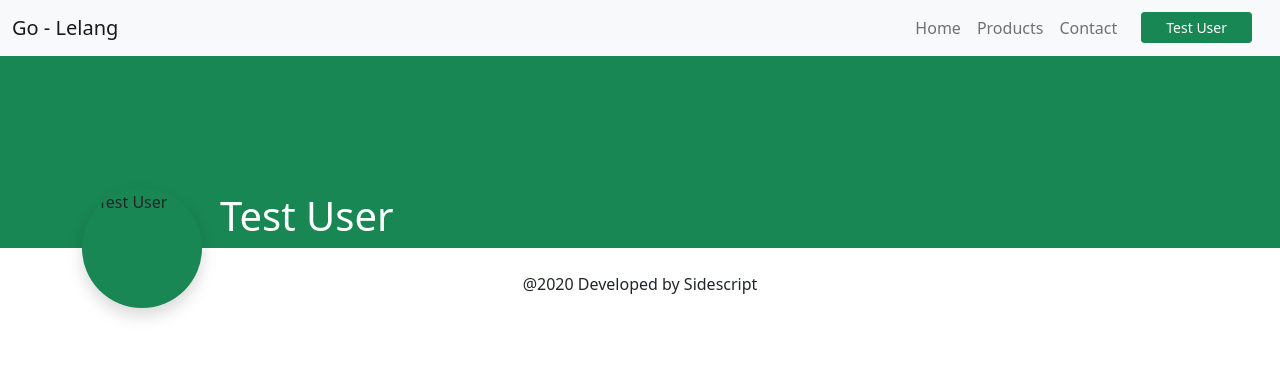
Repository: khulqu15/Go---Lelalng
Page: http://localhost/profile
These files come from the project's save history. The page is drawn as it stood at one moment and after the next save; the edit follows.
The browser window is 1280 px wide. The pictures show the whole page.
The page is served by the project's Laravel application, run on PHP 8.4 with Laravel 8. A made-up administrator, Test User (test@example.com), is signed in. Other server files are loaded and not shown.

Above is the page before, as saved 2021-02-22 20:23:07.

### routes/web.php
<?php

use App\Http\Controllers\DashboardController;
use App\Http\Controllers\PageController;
use App\Http\Controllers\UserController;
use Illuminate\Support\Facades\Route;

/*
|--------------------------------------------------------------------------
| Web Routes
|--------------------------------------------------------------------------
|
| Here is where you can register web routes for your application. These
| routes are loaded by the RouteServiceProvider within a group which
| contains the "web" middleware group. Now create something great!
|
*/

Route::get('/', [PageController::class, 'home'])->name('home');
Route::get('products', [PageController::class, 'products'])->name('products');
Route::get('product/{id}', [PageController::class, 'product'])->name('product');
Route::get('contact', [PageController::class, 'contact'])->name('contact');
Route::get('login', [PageController::class, 'login'])->name('login');
Route::get('register', [PageController::class, 'register'])->name('register');
Route::post('contact', [UserController::class, 'contactUs'])->name('contact.us');
Route::post('register', [UserController::class, 'register'])->name('register.post');
Route::post('login', [UserController::class, 'login'])->name('login.post');

Route::get('profile', [PageController::class, 'profile'])->name('profile');

Route::group(['middleware' => ['userDashboard']], function() {
    Route::get('dashboard', [DashboardController::class, 'index'])->name('dashboard');
    Route::get('dashboard/product', [DashboardController::class, 'product'])->name('dashboard.product');
    Route::get('dashboard/user', [DashboardController::class, 'user'])->name('dashboard.user');
    Route::get('dashboard/auction', [DashboardController::class, 'auction'])->name('dashboard.auction');
});

### app/Models/User.php
<?php

namespace App\Models;

use Illuminate\Contracts\Auth\MustVerifyEmail;
use Illuminate\Database\Eloquent\Factories\HasFactory;
use Illuminate\Foundation\Auth\User as Authenticatable;
use Illuminate\Notifications\Notifiable;
use Illuminate\Support\Facades\Hash;

class User extends Authenticatable
{
    use HasFactory, Notifiable;

    /**
     * The attributes that are mass assignable.
     *
     * @var array
     */
    protected $fillable = [
        'name',
        'email',
        'password',
    ];

    /**
     * The attributes that should be hidden for arrays.
     *
     * @var array
     */
    protected $hidden = [
        'password',
        'remember_token',
    ];

    /**
     * The attributes that should be cast to native types.
     *
     * @var array
     */
    protected $casts = [
        'email_verified_at' => 'datetime',
    ];

    public function Like()
    {
        return $this->hasMany(Like::class, 'user_id');
    }

    public function Auction()
    {
        return $this->hasMany(Auction::class, 'user_id');
    }

    public function isAdmin()
    {
        if($this->level == 'client') {
            return false;
        } else {
            return true;
        }
    }

    public function setPasswordAttribute($value)
    {
        $this->attributes['password'] = Hash::make($value);
    }
}

### app/Http/Controllers/PageController.php
<?php

namespace App\Http\Controllers;

use App\Models\Category;
use App\Models\Product;
use Illuminate\Http\Request;
use Illuminate\Support\Facades\Auth;

class PageController extends Controller
{
    public function home(Request $request)
    {
        $categories = Category::orderBy('id', 'DESC')->paginate(4);
        $query = Product::query();
        if($request->get('name')) {
            $products = $query->where('name', 'LIKE', '%'.$request->get('name').'%');
        }
        if($request->get('category')) {
            $products = $query->where('category_id', $request->get('category'));
        }
        $products = $query->with('Category')->orderBy('id', 'DESC')->paginate(3);
        return view('welcome', compact('products', 'categories'));
    }

    public function products(Request $request)
    {
        $categories = Category::orderBy('id', 'DESC')->paginate(4);
        $query = Product::query();
        if($request->get('name')) {
            $products = $query->where('name', 'LIKE', '%'.$request->get('name').'%');
        }
        if($request->get('category')) {
            $products = $query->where('category_id', $request->get('category'));
        }
        $products = $query->paginate(3);
        return view('page.products', compact('products', 'categories'));
    }

    public function product($id)
    {
        $product = Product::find($id);
        return view('page.product', compact('product'));
    }

    public function contact()
    {
        return view('page.contact');
    }

    public function login()
    {
        return view('auth.login');
    }

    public function register()
    {
        return view('auth.register');
    }

    public function profile()
    {
        if(Auth::check()) {
            return view('page.profile');
        }
        return redirect()->route('login')->with('error', 'Anda belum login');
    }
}

### resources/views/page/profile.blade.php
@extends('layout.app')

@section('title', Auth::user()->name)

@section('content')
<div class="container-fluid bg-success position-relative pt-5">
    <div class="container position-relative pb-5">
        <div class="row py-5">
            <div class="col-md-12">
                <div class="avatar-profile position-absolute shadow" style="bottom: -60px; width: 120px; height: 120px; border-radius: 120px;">
                    <img src="{{ asset('img/user/'.Auth::user()->avatar) }}" alt="{{ Auth::user()->name }}" class="image-fit-card">
                </div>
                <h1 class="text-white position-absolute" style="bottom: 0px; left: 150px">{{ Auth::user()->name }}</h1>
            </div>
        </div>
    </div>
</div>
@endsection

### resources/views/layout/app.blade.php
<!DOCTYPE html>
<html lang="en">
<head>
    <meta charset="UTF-8">
    <meta name="viewport" content="width=device-width, initial-scale=1.0">
    <meta http-equiv="X-UA-Compatible" content="ie=edge">
    <title>GO - Lelang | @yield('title')</title>

    <script src="{{ mix('css/app.css') }}"></script>
    <link rel="stylesheet" href="{{ asset('css/bootstrap.min.css') }}">
    <link rel="stylesheet" href="{{ asset('css/all.min.css') }}">
    <link rel="stylesheet" href="{{ asset('css/fontawesome.min.css') }}">
    <link rel="stylesheet" href="{{ asset('css/style.css') }}">

    <script src="{{ mix('js/app.js') }}"></script>
    <script src="{{ asset('js/jquery-3.5.1.min.js') }}"></script>
    <script src="{{ asset('js/bootstrap.min.js') }}"></script>
    <script src="{{ asset('js/all.min.js') }}"></script>
    <script src="{{ asset('js/fontawesome.min.js') }}"></script>

</head>
<body>

    @if(\Session::has('success'))
    <div role="alert" class="alert alert-success alert-dismissible show position-fixed alert-respond fade">
        <ul class="mb-0 pb-0">
            <li>{{ \Session::get('success') }}</li>
        </ul>
        <button type="button" class="btn-close" data-bs-dismiss="alert" aria-label="Close"></button>
    </div>
    @endif
    @if(\Session::has('error'))
    <div role="alert" class="alert alert-danger alert-dismissible show position-fixed alert-respond fade">
        <ul class="mb-0 pb-0">
            <li>{{ \Session::get('error') }}</li>
        </ul>
        <button type="button" class="btn-close" data-bs-dismiss="alert" aria-label="Close"></button>
    </div>
    @endif

    <nav class="navbar navbar-expand-lg navbar-light bg-light">
        <div class="container-fluid">
            <a class="navbar-brand" href="{{ route('home') }}">Go - Lelang</a>
            <button class="navbar-toggler" type="button" data-bs-toggle="collapse" data-bs-target="#navbarSupportedContent" aria-controls="navbarSupportedContent" aria-expanded="false" aria-label="Toggle navigation">
                <span class="navbar-toggler-icon"></span>
            </button>
            <div class="collapse navbar-collapse" id="navbarSupportedContent">
                <ul class="navbar-nav ms-auto mb-2 mb-lg-0">
                    <li class="nav-item">
                        <a class="nav-link {{ Request::is('home') ? 'active' : '' }}" aria-current="page" href="{{ route('home') }}">Home</a>
                    </li>
                    <li class="nav-item">
                        <a class="nav-link {{ Request::is('products') ? 'active' : '' }}"" href="{{ route('products') }}">Products</a>
                    </li>
                    <li class="nav-item">
                        <a class="nav-link {{ Request::is('contact') ? 'active' : '' }}"" href="{{ route('contact') }}">Contact</a>
                    </li>
                    <li class="nav-item pt-1 px-3">
                        @if (Auth::check())
                            <button onclick="window.location = '{{ route('profile') }}'" class="btn btn-success btn-sm px-4">{{ Auth::user()->name }}</button>
                        @else
                            <button class="btn btn-success btn-sm px-4" onclick="window.location = '{{ route('login') }}'">Login</button>
                            <button class="btn btn-light btn-sm px-2" onclick="window.location = '{{ route('register') }}'">Register</button>
                        @endif
                    </li>
                </ul>
            </div>
        </div>
    </nav>

    @yield('content')

    <footer class="container-fluid py-4">
        <div class="row">
            <div class="col-md-12 text-center">
                <p class="mb-0">@2020 Developed by Sidescript</p>
            </div>
        </div>
    </footer>
</body>
</html>

### public/css/style.css
body {
    overflow-x: hidden !important;
}
.viga {
    font-family: 'Viga', sans-serif;
}
.bgm-primary {
    background-color: #198754 !important;
}
.bgm-primary-light {
    background-color: #FFCECE !important;
}
.btnm-primary {
    border: none;
    border-radius: 0px !important;
    transition: all .3s ease-in-out;
    background-color: #198754 !important;
    padding: 1rem 2rem;
    color: white;
}
.shadow-smooth {
    box-shadow: 10px 20px 49px -8px rgba(0, 0, 0, 0.08) !important;
}
.page-item.active .page-link {
    background-color: #198754 !important;
    border-color: #198754 !important;
    color: white !important;
}
.page-link {
    color: #198754 !important;
}
.text-right {
    text-align: right !important;
}
.text-left {
    text-align: left !important;
}
.text-sm {
    font-size: .8rem;
}
.text-center {
    text-align: center !important;
}
.cursor-point {
    cursor: pointer;
}
.btnm-primary:hover {
    color: white !important;
    background-color: #c01c1c !important;
}
.btnm-light {
    border: none;
    border-radius: 0px !important;
    transition: all .3s ease-in-out;
    background-color: #f2f2f2 !important;
    padding: 1rem 2rem;
    color: #292929;
}
.btnm-light:hover {
    color: #292929 !important;
    background-color: #c2c2c2 !important;
}
.textm-primary {
    color: #198754 !important;
}
.textm-gray {
    color: gray !important;
}

.input-search-home {
    width: 80%;
    position: absolute;
    left: 10%;
    height: 60px;
    box-shadow: 0px 20px 40px -6px rgba(0, 0, 0, 0.12);
    top: -50px;
    background-color: white;
}
.input-search-home input {
    height: 60px;
}
.input-search-home button,
.input-search-home a {
    position: relative;
    top: -10px;
}
.maxm-height {
    min-height: 70vh;
    max-height: 70vh !important;
    overflow-y: auto !important;
    overflow-x: hidden !important;
}


.card-product {
    width: 100%;
    transition: all .3s ease-in-out;
    height: 370px;
    background-color: white;
}
.card-product:hover {
    box-shadow: 12px 24px 48px rgba(0, 0, 0, 0.09);
}
.card-product .image {
    width: 100%;
    height: 170px;
    background-color: #f36c6c;
    overflow: hidden;
}
.card-product .image img {
    transition: all .3s ease-in-out;
}
.card-product .image:hover img {
    transform: scale(1.1);
    opacity: .6;
}
.card-product .like {
    width: 50px;
    height: 50px;
    border-radius: 50px;
    background-color: #fccece;
    color: #198754;
    position: absolute;
    line-height: 53px;
    text-align: center;
    z-index: 10;
    top: 140px;
    right: 20px;
    transition: all .3s ease-in-out;
}
.card-product .like:hover {
    cursor: pointer;
    background-color: #c01c1c;
    color: #FFCECE;
}
.card-product .liked {
    width: 50px;
    height: 50px;
    border-radius: 50px;
    background-color: #198754;
    color: #fccece;
    position: absolute;
    line-height: 53px;
    text-align: center;
    z-index: 10;
    top: 140px;
    right: 20px;
    transition: all .3s ease-in-out;
}
.card-product .like:hover {
    cursor: pointer;
    color: #c01c1c;
    background-color: #FFCECE;
}
.image-fit-card {
    width: 100%;
    height: 100%;
    object-fit: cover !important;
}
.card-product .line-category {
    display: inline-block;
    width: 20px;
    height: 3px;
    background-color: gray;
}

.bg-hammer-bottom {
    background: url('../img/wallpaper/hammer.png');
    background-attachment: fixed;
    background-position: center;
    background-size: cover;
}

.input-email-footer {
    position: relative;
    width: 100%;
    height: 70px;
    box-shadow: 0px 19px 38px rgba(0, 0, 0, 0.12);
    background-color: white;
}
.input-email-footer input {
    height: 70px;
    width: 100%;
}
.input-email-footer button {
    position: relative;
    top: -8px
}

.menu-footer {
    color: rgba(255, 255, 255, .5);
}
.menu-footer.active,
.menu-footer:hover {
    color: rgba(255, 255, 255, 1);
    cursor: pointer;
    transition: all .4s ease-in-out;
}
.menu-footer .icon {
    position: absolute;
    right: -50px;
    opacity: 0;
    transition: all .2s ease-in-out;
    visibility: hidden;
}
.menu-footer.active .icon,
.menu-footer:hover .icon {
    position: relative;
    opacity: 1;
    right: 0;
    visibility: visible;
}
.menu-footer .menu-title {
    transition: all .2s ease-in-out;
    position: relative;
    font-size: 3rem;
    right: -10px;
}
.menu-footer.active .menu-title,
.menu-footer:hover .menu-title {
    position: relative;
    right: 0px;
}

.icons-footer svg {
    transition: all .2s ease-in-out;
    color: #c2c2c2;
    margin: 0px .8rem;
    font-size: 1.4rem;
}

.icons-footer svg:hover {
    cursor: pointer;
    color: #767676;
}

.navbar {
    transition: all .3s ease-in-out;
    z-index: 100;
}
.burger {
    position: relative;
    top: -5px;
    margin: 10px 0px 0px 0px;
}
.burger div {
    width: 30px;
    height: 2px;
    margin: 7px 0px;
    position: relative;
    background-color: #767676;
    transition: all .3s ease-in-out;
}
.burger.times div:nth-child(1) {
    transform: rotate(45deg);
    top: 5px;
}
.burger.times div:nth-child(2) {
    transform: rotate(-45deg);
    top: -5px;
}

.navbar-fixed {
    position: fixed;
    width: 100%;
    z-index: 50;
    overflow-x: hidden !important;
    overflow-y: auto !important;
    height: 100%;
    top: 0;
    opacity: 1;
    transform: skew(0deg);
    background-color: white;
    visibility: visible;
    right: 0;
    transition: all .5s ease-in;
}
.avatar-sm {
    width: 40px;
    height: 40px;
    border-radius: 40px;
    overflow: hidden;
    display: inline-block;
}
.avatar-md {
    width: 50px;
    height: 50px;
    border-radius: 50px;
    overflow: hidden;
    display: inline-block;
}
.avatar-sm-navbar {
    width: 40px;
    height: 40px;
    border-radius: 40px;
    display: inline-block;
    right: 120px;
    position: absolute;
    z-index: 10;
    overflow: hidden;
    transition: all .3s ease-in-out;
    top: 24px;
    box-sizing: content-box;
}
.avatar-sm-navbar:hover {
    cursor: pointer;
    border: 4px solid gainsboro;
    top: 20px;
    right: 112px;
}
.navbar-fixed.hide {
    transform: skew(10deg) !important;
    opacity: 0 !important;
    right: -100% !important;
    visibility: hidden !important;
}
.menu-navbar {
    color: rgba(44, 44, 44, 0.5);
}
.menu-navbar.active,
.menu-navbar:hover {
    color: rgba(44, 44, 44, 1) !important;
    cursor: pointer;
    transition: all .4s ease-in-out;
}
.menu-navbar .icon {
    position: absolute;
    right: -50px;
    opacity: 0;
    transition: all .2s ease-in-out;
    visibility: hidden;
}
.menu-navbar.active .icon,
.menu-navbar:hover .icon {
    position: relative;
    opacity: 1;
    right: 0;
    visibility: visible;
}
.menu-navbar .menu-title {
    transition: all .2s ease-in-out;
    position: relative;
    font-size: 3rem;
    right: -10px;
}
.menu-navbar.active .menu-title,
.menu-navbar:hover .menu-title {
    position: relative !important;
    right: 0px !important;
}
a {
    text-decoration: none !important;
}
.full-page,
.bg-product {
    width: 100%;
    min-height: 100vh;
    overflow: hidden;
    position: relative;
    background-color: #292929;
}
.full-page {
    background-color: #f36c6c !important;
}
.bg-product img {
    opacity: .8;
}

.avatar-profile {
    width: 80px;
    margin: 0px auto;
    height: 80px;
    display: inline-block;
    border-radius: 80px;
    overflow: hidden !important;
    background-color: #198754;
}
.ellipsis-menu-right {
    top: 0;
    right: 0;
    margin: .7rem;
    font-size: 1.2rem;
}

.card-profile-navbar {
    background-color: white;
    width: 300px;
    position: relative;
    z-index: 100;
}
.card-auction {
    box-shadow: 0px 5px 15px rgba(0, 0, 0, 0.12);
    transition: all .3s ease-in-out;
}
.card-auction:hover {
    box-shadow: 0px 10px 30px rgba(0, 0, 0, 0.1);
}
.alert-respond {
    width: 50%;
    top: 20%;
    z-index: 100;
    left: 25%;
}
@media only screen and (max-width: 760px) {
    .alert-respond {
        z-index: 100;
        top: 20%;
        width: 80%;
        left: 10%;
    }
}

.btn-fab {
    position: fixed;
    right: 25px;
    bottom: 25px;
    z-index: 100;
}

.menu-ellipsis {
    width: 260px;
    overflow: hidden;
    right: 0;
    background-color: white;
    transition: all .3s ease-in-out;
    box-shadow: 0px 10px 20px rgba(0, 0, 0, 0.08);
}
.menu-ellipsis.hide {
    opacity: 0 !important;
    visibility: hidden !important;
    right: -20px !important;
}
.menu-ellipsis .item {
    padding: .7rem 1.4rem;
    transition: all .3s ease-in-out;
    text-align: right !important;
    cursor: pointer;
}
.menu-ellipsis .item:hover {
    background-color: gainsboro;
}

Loaded but not shown: app/Providers/AppServiceProvider.php (common file); app/Http/Controllers/Controller.php (common file); public/mix-manifest.json (common file); public/css/bootstrap.min.css (library); public/css/all.min.css (library); public/css/fontawesome.min.css (library); public/js/app.js (library); public/js/jquery-3.5.1.min.js (library); public/js/bootstrap.min.js (library); public/js/fontawesome.min.js (library); public/css/app.css (empty)

After the next save:
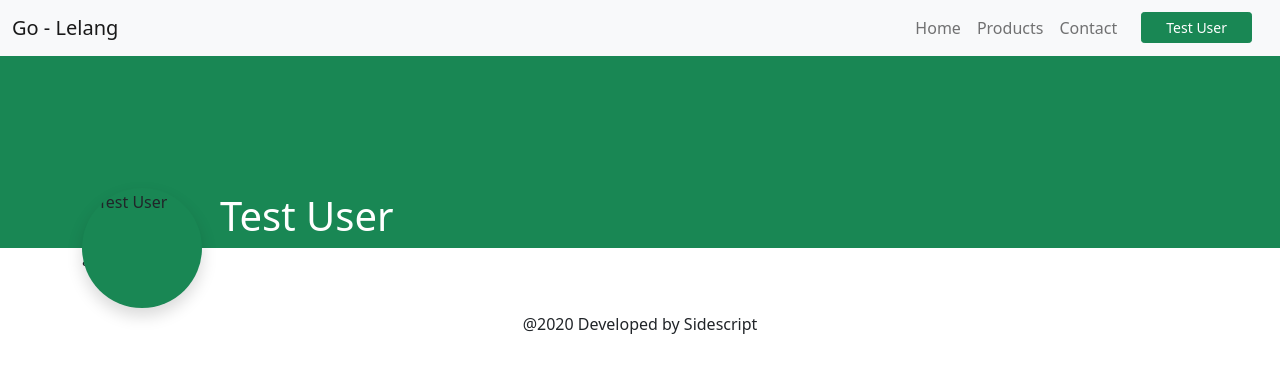
Saved 29 min 58 s later.
--- a/resources/views/page/profile.blade.php
+++ b/resources/views/page/profile.blade.php
@@ -15,4 +15,11 @@
         </div>
     </div>
 </div>
+<div class="container">
+    <div class="row">
+        <div class="col-md-12">
+            <p>{{ Auth::user()->level }}</p>
+        </div>
+    </div>
+</div>
 @endsection
